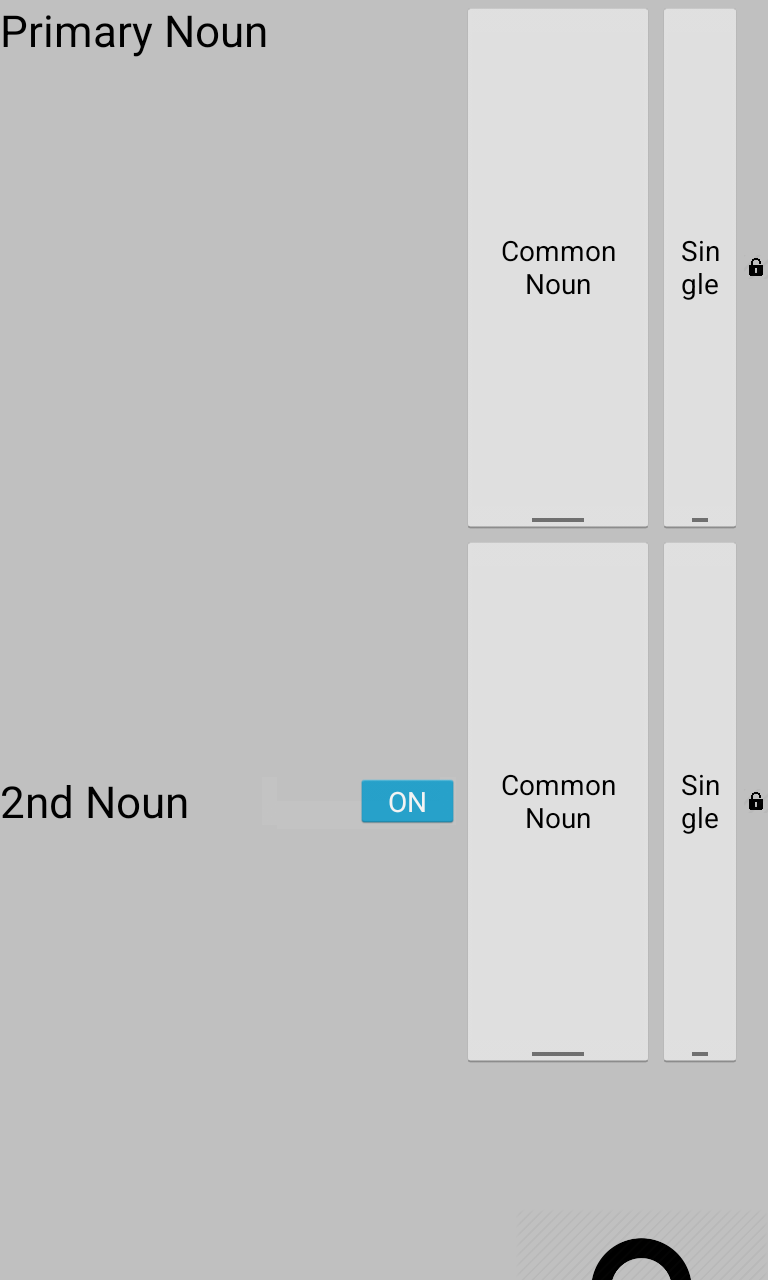
Repository: TheDizzler/TableTopTools
Layout: RPGTools/res/layout/fragment_cause_controls.xml
The author's editor kept a copy of each file at every save. The layout is drawn from the files as they stood at one save, then again after the next save.
It is drawn on a 768 x 1280 px phone screen (xhdpi) without system bars, with theme AppTheme; the app's code is not run.

Above is the layout before, as saved 2017-03-22 09:12:09.

### RPGTools/res/layout/fragment_cause_controls.xml
<?xml version="1.0" encoding="utf-8"?>
<TableLayout xmlns:android="http://schemas.android.com/apk/res/android"
    android:layout_width="match_parent"
    android:layout_height="match_parent"
    android:background="#C0C0C0"
    android:measureWithLargestChild="true"
    android:orientation="vertical"
    android:showDividers="beginning"
    android:weightSum="6" >

    <TableRow
        android:id="@+id/tableRow1_cause"
        android:layout_width="match_parent"
        android:layout_height="match_parent"
        android:layout_weight="1"
        android:weightSum="3" >

        <TextView
            android:id="@+id/textView1"
            android:layout_width="wrap_content"
            android:layout_weight="1"
            android:text="Conjunction"
            android:textAppearance="?android:attr/textAppearanceLarge" />

        <Spinner
            android:id="@+id/spinner_Conjunctions"
            android:layout_width="wrap_content"
            android:layout_height="match_parent"
            android:layout_weight="1" />

        <ImageView
            android:id="@+id/lockBtn_conj"
            android:layout_width="32dp"
            android:layout_height="match_parent"
            android:layout_weight="1"
            android:src="@drawable/unlocked" />
    </TableRow>

    <TableRow
        android:id="@+id/tableRow2"
        android:layout_width="match_parent"
        android:layout_height="wrap_content"
        android:layout_weight="1"
        android:weightSum="2" >

        <Switch
            android:id="@+id/switch_primaryAdjective"
            android:layout_width="wrap_content"
            android:layout_height="match_parent"
            android:layout_weight="1"
            android:checked="true"
            android:text="Adjective"
            android:textAppearance="?android:attr/textAppearanceLarge" />

        <Spinner
            android:id="@+id/spinner1"
            android:layout_width="wrap_content"
            android:layout_height="wrap_content" />

        <ImageView
            android:id="@+id/lockBtn_primaryAdj"
            android:layout_width="32dp"
            android:layout_height="match_parent"
            android:layout_weight="1"
            android:src="@drawable/unlocked" />
    </TableRow>

    <TableRow
        android:id="@+id/tableRow3"
        android:layout_width="match_parent"
        android:layout_height="wrap_content"
        android:layout_weight="1"
        android:weightSum="4" >

        <TextView
            android:id="@+id/textView3"
            android:layout_width="wrap_content"
            android:layout_height="match_parent"
            android:layout_weight="1"
            android:text="Primary Noun"
            android:textAppearance="?android:attr/textAppearanceLarge" />

        <ToggleButton
            android:id="@+id/toggleBtn_primaryNounProper"
            android:layout_width="wrap_content"
            android:layout_height="match_parent"
            android:layout_weight="1"
            android:textOff="Common Noun"
            android:textOn="Proper Noun" />

        <ToggleButton
            android:id="@+id/toggleBtn_primaryNounPlural"
            android:layout_width="wrap_content"
            android:layout_height="match_parent"
            android:layout_weight="1"
            android:textOff="Single"
            android:textOn="Plural" />

        <ImageView
            android:id="@+id/lockBtn_primaryNoun"
            android:layout_width="32dp"
            android:layout_height="match_parent"
            android:layout_weight="1"
            android:src="@drawable/unlocked" />
    </TableRow>

    <TableRow
        android:id="@+id/tableRow4"
        android:layout_width="match_parent"
        android:layout_height="wrap_content"
        android:layout_weight="1"
        android:weightSum="4" >

        <Switch
            android:id="@+id/switch_secondaryNoun"
            android:layout_width="wrap_content"
            android:layout_height="match_parent"
            android:layout_weight="1"
            android:checked="true"
            android:text="2nd Noun"
            android:textAppearance="?android:attr/textAppearanceLarge" />

        <ToggleButton
            android:id="@+id/toggleBtn_secondaryNounProper"
            android:layout_width="wrap_content"
            android:layout_height="match_parent"
            android:layout_weight="1"
            android:textOff="Common Noun"
            android:textOn="Proper Noun" />

        <ToggleButton
            android:id="@+id/toggleBtn_secondaryNounPlural"
            android:layout_width="wrap_content"
            android:layout_height="match_parent"
            android:layout_weight="1"
            android:textOff="Single"
            android:textOn="Plural" />

        <ImageView
            android:id="@+id/lockBtn_secondaryNoun"
            android:layout_width="32dp"
            android:layout_height="match_parent"
            android:layout_weight="1"
            android:src="@drawable/unlocked" />
    </TableRow>

    <TableRow
        android:id="@+id/tableRow5"
        android:layout_width="match_parent"
        android:layout_height="wrap_content"
        android:layout_weight="1"
        android:weightSum="2" >

        <Switch
            android:id="@+id/switch_secondaryAdjective"
            android:layout_width="wrap_content"
            android:layout_height="match_parent"
            android:layout_weight="1"
            android:checked="true"
            android:text="2nd Adjective"
            android:textAppearance="?android:attr/textAppearanceLarge" />

        <ImageView
            android:id="@+id/lockBtn_secondaryAdjective"
            android:layout_width="32dp"
            android:layout_height="match_parent"
            android:layout_weight="1"
            android:src="@drawable/unlocked" />
    </TableRow>

    <TableRow
        android:id="@+id/tableRow6"
        android:layout_width="match_parent"
        android:layout_height="wrap_content"
        android:layout_weight="1"
        android:weightSum="2" >

        <TextView
            android:id="@+id/textView_causeVerb"
            android:layout_width="wrap_content"
            android:layout_height="match_parent"
            android:text="Verb"
            android:textAppearance="?android:attr/textAppearanceLarge" />

        <ImageView
            android:id="@+id/lockBtn_causeVerb"
            android:layout_width="32dp"
            android:layout_height="match_parent"
            android:layout_weight="1"
            android:src="@drawable/unlocked" />
    </TableRow>

</TableLayout>

Loaded but not shown: RPGTools/res/values/styles.xml (common file); RPGTools/res/values-v11/styles.xml (common file); RPGTools/res/values-v14/styles.xml (common file)

After the next save:
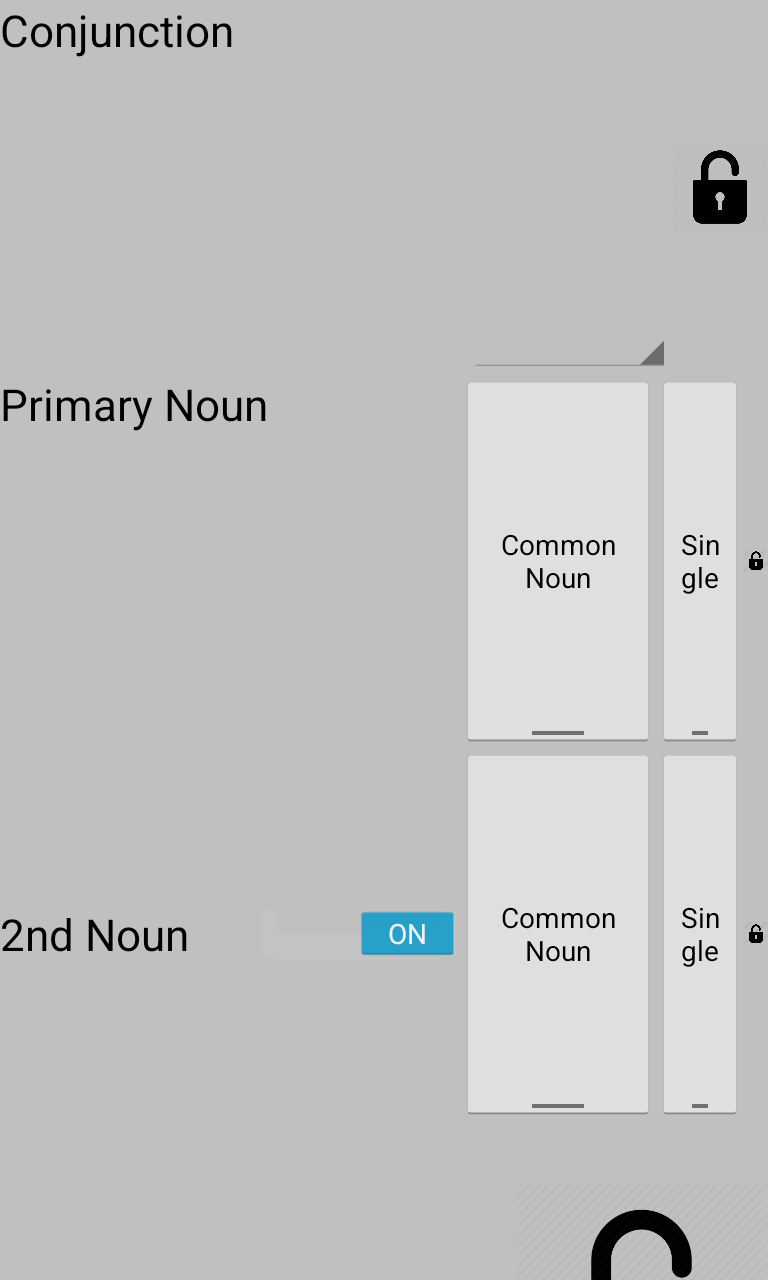
Saved 16 s later.
--- a/RPGTools/res/layout/fragment_cause_controls.xml
+++ b/RPGTools/res/layout/fragment_cause_controls.xml
@@ -11,12 +11,13 @@
     <TableRow
         android:id="@+id/tableRow1_cause"
         android:layout_width="match_parent"
-        android:layout_height="match_parent"
+        android:layout_height="wrap_content"
         android:layout_weight="1"
         android:weightSum="3" >
 
         <TextView
             android:id="@+id/textView1"
+            android:layout_height="match_parent"
             android:layout_width="wrap_content"
             android:layout_weight="1"
             android:text="Conjunction"
